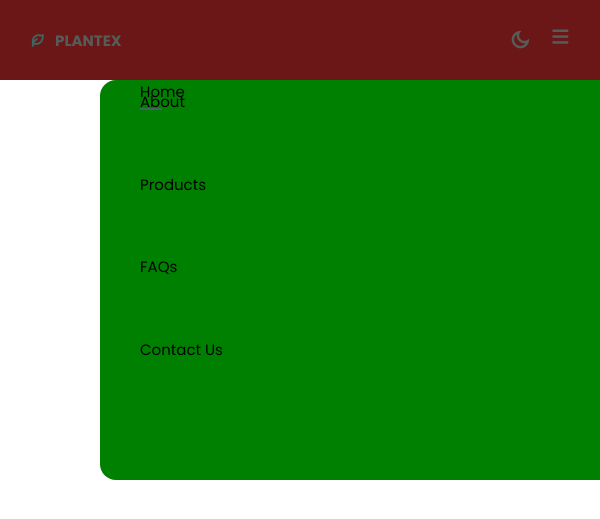
Repository: OmniaRafat232111121/plantwebsite
Page: index.html
The author's editor kept a copy of each file at every save. The page is drawn from the files as they stood at one save, then again after the next save.
The browser window is 600 px wide. The pictures show the whole page.
After loading, the first visible `#navToggle` was clicked once.

Above is the page before, as saved 2023-01-04 15:35:49.

### index.html
<!DOCTYPE html>
<html lang="en">
<head>
    <meta charset="UTF-8">
    <meta http-equiv="X-UA-Compatible" content="IE=edge">
    <meta name="viewport" content="width=device-width, initial-scale=1.0">
    <title>plant-website</title>
      <!--icon web-->
    <link rel="shortcut icon" href="assets/img/favicon.png" type="image/x-icon">
    <!--css style-->
    <link rel="stylesheet" href="./assets/css/styles.css">
    <!--remix icon-->
    <link href="https://cdn.jsdelivr.net/npm/remixicon@2.5.0/fonts/remixicon.css" rel="stylesheet">
</head>
<body>
<!--header-->
<header class="header" id="header">
<div class="container-header">
    <a class="nav_logo">
   <i class="ri-leaf-line nav_logo-icon "></i>Plantex
</a>

<nav class="nav_menu" id="nav_menu">
    <ul class="nav_list" id="nav_list">
        <li class="nav_item" id="nav_item">
                            <a href="#home" class="nav_link active-link">Home</a>
                        </li>
                        <li class="nav__item">
                            <a href="#about" class="nav_link">About</a>
                        </li>
                        <li class="nav__item">
                            <a href="#products" class="nav_link">Products</a>
                        </li>
                        <li class="nav__item">
                            <a href="#faqs" class="nav_link">FAQs</a>
                        </li>
                        <li class="nav__item">
                            <a href="#contact" class="nav_link">Contact Us</a>
                        </li>
                        <li class="mood">
       <i class= "ri-moon-line change-theme" id="theme-button"></i>

    </li>



    </ul>

    <div class="nav-close" id="nav_close">
        <i class="ri-close-line"></i>

    </div>
    <div  class="nav-btns">
   <i class= "ri-moon-line change-theme" id="theme-button"></i>
    <div class="nav-toggle" id="navToggle">
      <i class="ri-menu-line"></i>
    </div>
   </div>
    </div>
</nav>
</div>

</header>
   <script src="./assets/js/main.js"></script>
</body>
</html>

### assets/css/styles.css
/*=============== GOOGLE FONTS ===============*/
@import url('https://fonts.googleapis.com/css2?family=Poppins:wght@400;500;600;700&display=swap');

/*=============== VARIABLES CSS ===============*/
:root {
  --header-height: 3.5rem; /*56px*/

  /*========== Colors ==========*/
  /*Color mode HSL(hue, saturation, lightness)*/
  --black:#000;
  --green:#3e655e;
  --hue: 152;
  --first-color: hsl(var(--hue), 24%, 32%);
  --first-color-alt: hsl(var(--hue), 24%, 28%);
  --first-color-light: hsl(var(--hue), 24%, 66%);
  --first-color-lighten: hsl(var(--hue), 24%, 92%);
  --title-color: hsl(var(--hue), 4%, 15%);
  --text-color: hsl(var(--hue), 4%, 35%);
  --text-color-light: hsl(var(--hue), 4%, 55%);
  --body-color: hsl(var(--hue), 0%, 100%);
  --container-color: #FFF;

  /*========== Font and typography ==========*/
  /*.5rem = 8px | 1rem = 16px ...*/
  --body-font: 'Poppins', sans-serif;
  --big-font-size: 2rem;
  --h1-font-size: 1.5rem;
  --h2-font-size: 1.25rem;
  --h3-font-size: 1rem;
  --normal-font-size: .938rem;
  --small-font-size: .813rem;
  --smaller-font-size: .75rem;

  /*========== Font weight ==========*/
  --font-medium: 500;
  --font-semi-bold: 600;

  /*========== Margenes Bottom ==========*/
  /*.5rem = 8px | 1rem = 16px ...*/
  --mb-0-5: .5rem;
  --mb-0-75: .75rem;
  --mb-1: 1rem;
  --mb-1-5: 1.5rem;
  --mb-2: 2rem;
  --mb-2-5: 2.5rem;

  /*========== z index ==========*/
  --z-tooltip: 10;
  --z-fixed: 100;
}

/* Responsive typography */
@media screen and (min-width: 968px) {
  :root {
    --big-font-size: 3.5rem;
    --h1-font-size: 2.25rem;
    --h2-font-size: 1.5rem;
    --h3-font-size: 1.25rem;
    --normal-font-size: 1rem;
    --small-font-size: .875rem;
    --smaller-font-size: .813rem;
  }
}

/*=============== BASE ===============*/
*{
  box-sizing: border-box;
  padding: 0;
  margin: 0;
}

html{
  scroll-behavior: smooth;
}

body,
button,
input,
textarea{
  font-family: var(--body-font);
  font-size: var(--normal-font-size);
}

body{
  margin: var(--header-height) 0 0 0;
  background-color: var(--body-color);
  color: var(--text-color);
  transition: .4s; /*For animation dark mode*/
}

button{
  cursor: pointer;
  border: none;
  outline: none;
}

h1,h2,h3{
  color: var(--title-color);
  font-weight: var(--font-semi-bold);
}

ul{
  list-style: none;
}

a{
  text-decoration: none;
}

img{
  max-width: 100%;
  height: auto;
}
/*========== resuable component ==========*/



/*========Header========*/
 header{
  background-color: rgb(107, 23, 23);
  position: fixed;
  top:0;
  left:0;
  width:100%;
  z-index:1000;
  transition: 0.3s;
}
.container-header{
  display:flex;
  align-items: center;
  justify-content: space-between;
  height:var(--header-height);
  padding:40px;
}
.nav_menu{

}
.nav_logo{
  text-transform: uppercase;
  display:inline-flex;
  align-items: center;
  column-gap: 10px;
  font-weight: bold;
  margin-left: 50px;
  cursor: pointer;
}
.nav_logo:hover{
  color:var(--green);
}
.nav_logo-icon{
   color:var(--green);
}
.nav_logo i:hover{
  color:var(--black);
}
nav ul li {
  display: inline-block;
  cursor: pointer;
  margin-left: 40px;
}
nav ul li a{
  color:var(--black);


}
.nav-btns{
  display: none;
}
.mood{
  margin-left: 40px;
  font-size: 20px;

}

.nav-close
{
  color:var(--black);
  display:none;

}

.nav-btns{
  font-size: 20px;
  cursor: pointer;
}
.active-link{
  position: relative;
  color: var(--black);
}
.active-link::after{
  content: '';
  position: absolute;
  bottom: -8px;
  left: 0;
  width: 50%;
  height: 2px;
  background-color: var(--green);
}
.nav_link:hover{
 color: var(--green);
 transition: 0.3s;
}
@media screen and (max-width: 767px){
.nav_list{
display: none;
}
.nav_logo{
  margin-left: -10px;
}

.nav-btns{
  display:inline-flex;
  align-items: center;
  column-gap: 20px;
  font-weight: bold;
  margin-right: -10px;
  cursor: pointer;
}

  .show-menu{

     position: fixed;
    background-color: green;
    width: 100%;
    height: 50%;
    top: 80px;
    right: 0px;
    left:100px;
    border-radius: 1rem 0 0 1rem;
    transition: .3s;
    z-index: 1000;
    display:grid;
    grid-template-rows: 10px;


  }
  .show-menu {

  }
  .show-menu .mood .ri-moon-line{
    display: none;
  }
  .show-menu .nav-close{
     display: block;
  }
  .nav_list .show-menu{

  }


}

### assets/js/main.js
let navMenu = document.getElementById('nav_menu');
let navList = document.getElementById('nav_list');
let navItem = document.getElementById('nav ul li');
let closeButton = document.getElementById('nav_close');
let navToggle = document.getElementById('navToggle');
navToggle.addEventListener('click', function () {
    navList.classList.toggle('show-menu');

})

After the next save:
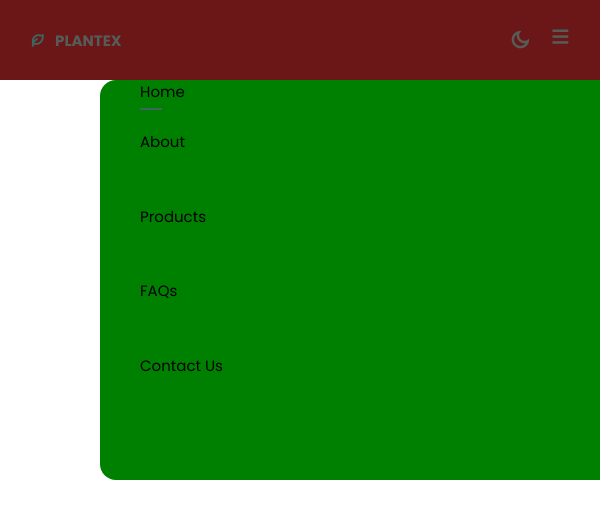
Saved 17 s later.
--- a/assets/css/styles.css
+++ b/assets/css/styles.css
@@ -230,7 +230,7 @@ display: none;
     transition: .3s;
     z-index: 1000;
     display:grid;
-    grid-template-rows: 10px;
+    grid-template-rows: 50px;
 
 
   }
